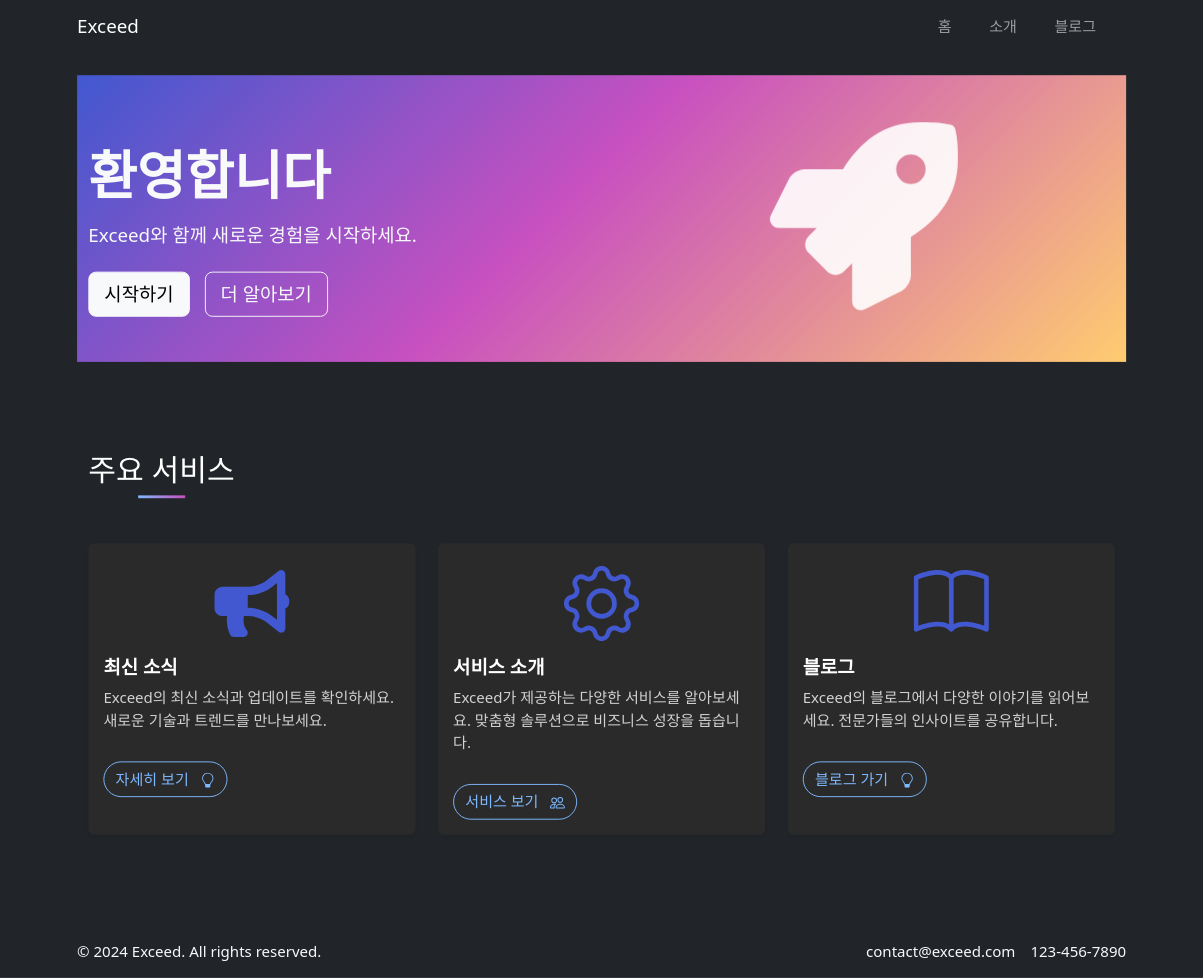
Repository: somej-123/exceed
Page: /
These files come from the project's save history. The page is drawn as it stood at one moment and after a run of saves; the edit follows.
The browser window is 1280 px wide. The pictures show the whole page, at 94% of full size.
The project was rebuilt for these pictures with package versions that can differ from the ones it lists, and the page was loaded fresh each time. Also part of the build but not shown: vite.config.ts, src/pages/Info.tsx, src/pages/Blog.tsx.

Above is the page before, as saved 2025-03-23 20:02:25.

### src/App.tsx
import { BrowserRouter as Router, Routes, Route } from 'react-router-dom';
import Layout from './components/Layout';
import Home from './pages/Home';
import Info from './pages/Info';
import Blog from './pages/Blog';
import 'bootstrap/dist/css/bootstrap.min.css';

function App() {
  return (
    <Router>
      <Routes>
        <Route path="/" element={<Layout />}>
          <Route index element={<Home />} />
          <Route path="info" element={<Info />} />
          <Route path="blog" element={<Blog />} />
        </Route>
      </Routes>
    </Router>
  );
}

export default App;

### src/components/Layout.tsx
import { Container } from 'react-bootstrap';
import Header from './Header';
import Footer from './Footer';
import { Outlet } from 'react-router-dom';
import styles from '../styles/Layout.module.css';

const Layout = () => {
  return (
    <div className={`d-flex flex-column min-vh-100 bg-dark text-light ${styles.layoutContainer}`}>
      <Header />
      <Container className="flex-grow-1 py-4">
        <Outlet />
      </Container>
      <Footer />
    </div>
  );
};

export default Layout;

### src/pages/Home.tsx
import { Container, Row, Col, Card, Button } from 'react-bootstrap';
import { FaRocket, FaBullhorn } from 'react-icons/fa';
import { BsLightbulb, BsBook, BsGear, BsPeople } from 'react-icons/bs';
import '../styles/home.css';

const Home = () => {
  return (
    <>
      {/* 히어로 섹션 */}
      <div className="hero-section text-light py-5 mb-5">
        <Container>
          <Row className="align-items-center">
            <Col md={6} className="mb-md-0">
              <h1 className="display-4 fw-bold mb-3 pt-4">환영합니다</h1>
              <p className="lead mb-4">Exceed와 함께 새로운 경험을 시작하세요.</p>
              <Button variant="light" size="lg" className="me-3">시작하기</Button>
              <Button variant="outline-light" size="lg">더 알아보기</Button>
            </Col>
            <Col md={6} className="text-center">
              <FaRocket size={200} className="hero-icon" />
            </Col>
          </Row>
        </Container>
      </div>

      {/* 주요 서비스 섹션 */}
      <Container className="py-5">
        <h2 className="text-center mb-5 section-title">주요 서비스</h2>
        <Row>
          <Col md={4} className="mb-4">
            <Card className="h-100 shadow-sm hover-card border-0">
              <div className="text-center pt-4">
                <FaBullhorn size={80} className="service-icon" />
              </div>
              <Card.Body>
                <Card.Title className="fw-bold">최신 소식</Card.Title>
                <Card.Text>
                  Exceed의 최신 소식과 업데이트를 확인하세요.
                  새로운 기술과 트렌드를 만나보세요.
                </Card.Text>
                <Button variant="outline-primary" className="mt-3 rounded-pill">
                  자세히 보기 <BsLightbulb className="ms-2" />
                </Button>
              </Card.Body>
            </Card>
          </Col>
          <Col md={4} className="mb-4">
            <Card className="h-100 shadow-sm hover-card border-0">
              <div className="text-center pt-4">
                <BsGear size={80} className="service-icon" />
              </div>
              <Card.Body>
                <Card.Title className="fw-bold">서비스 소개</Card.Title>
                <Card.Text>
                  Exceed가 제공하는 다양한 서비스를 알아보세요.
                  맞춤형 솔루션으로 비즈니스 성장을 돕습니다.
                </Card.Text>
                <Button variant="outline-primary" className="mt-3 rounded-pill">
                  서비스 보기 <BsPeople className="ms-2" />
                </Button>
              </Card.Body>
            </Card>
          </Col>
          <Col md={4} className="mb-4">
            <Card className="h-100 shadow-sm hover-card border-0">
              <div className="text-center pt-4">
                <BsBook size={80} className="service-icon" />
              </div>
              <Card.Body>
                <Card.Title className="fw-bold">블로그</Card.Title>
                <Card.Text>
                  Exceed의 블로그에서 다양한 이야기를 읽어보세요.
                  전문가들의 인사이트를 공유합니다.
                </Card.Text>
                <Button variant="outline-primary" className="mt-3 rounded-pill">
                  블로그 가기 <BsLightbulb className="ms-2" />
                </Button>
              </Card.Body>
            </Card>
          </Col>
        </Row>
      </Container>
    </>
  );
};

export default Home;

### src/components/Header.tsx
import { Navbar, Nav, Container } from 'react-bootstrap';
import { Link } from 'react-router-dom';

const Header = () => {
  return (
    <Navbar bg="dark" variant="dark" expand="lg">
      <Container>
        <Navbar.Brand as={Link} to="/">Exceed</Navbar.Brand>
        <Navbar.Toggle aria-controls="basic-navbar-nav" />
        <Navbar.Collapse id="basic-navbar-nav">
          <Nav className="ms-auto">
            <Nav.Link as={Link} className="me-4" to="/">홈</Nav.Link>
            <Nav.Link as={Link} className="me-4" to="/info">소개</Nav.Link>
            <Nav.Link as={Link} className="me-4" to="/blog">블로그</Nav.Link>
          </Nav>
        </Navbar.Collapse>
      </Container>
    </Navbar>
  );
};

export default Header;

### src/components/Footer.tsx
import { Container, Row, Col } from 'react-bootstrap';

const Footer = () => {
  return (
    <footer className="bg-dark text-light py-3 mt-auto">
      <Container>
        <Row className="align-items-center">
          <Col md={6} className="text-center text-md-start">
            <p className="mb-0">&copy; 2024 Exceed. All rights reserved.</p>
          </Col>
          <Col md={6} className="text-center text-md-end">
            <a href="mailto:contact@exceed.com" className="text-light text-decoration-none me-3">
              contact@exceed.com
            </a>
            <a href="tel:123-456-7890" className="text-light text-decoration-none">
              123-456-7890
            </a>
          </Col>
        </Row>
      </Container>
    </footer>
  );
};

export default Footer;

### src/styles/Layout.module.css
.layoutContainer {
  background-color: #1a1a1a;
  color: #ffffff;
}

.layoutContainer :global(.card) {
  background-color: #2a2a2a;
  border: none;
  color: #ffffff;
}

.layoutContainer :global(.card .card-title) {
  color: #ffffff;
}

.layoutContainer :global(.card .card-text) {
  color: #d1d1d1;
}

.layoutContainer :global(.btn-outline-primary) {
  color: #7eb9ff;
  border-color: #7eb9ff;
}

.layoutContainer :global(.btn-outline-primary:hover) {
  background-color: #7eb9ff;
  color: #1a1a1a;
}

.layoutContainer :global(.text-muted) {
  color: #b0b0b0 !important;
}

.layoutContainer :global(.section-title) {
  color: #ffffff !important;
}

.layoutContainer :global(.section-title::after) {
  background: linear-gradient(to right, #7eb9ff, #c850c0);
}

### src/styles/home.css
.hero-section {
  background: linear-gradient(135deg, #4158D0 0%, #C850C0 46%, #FFCC70 100%);
  position: relative;
  overflow: hidden;
}

.hero-icon {
  animation: float 3s ease-in-out infinite;
  color: rgba(255, 255, 255, 0.9);
}

.section-title {
  color: #333;
  position: relative;
  display: inline-block;
  padding-bottom: 10px;
}

.section-title::after {
  content: '';
  position: absolute;
  width: 50px;
  height: 3px;
  bottom: 0;
  left: 50%;
  transform: translateX(-50%);
  background: linear-gradient(to right, #4158D0, #C850C0);
}

.service-icon {
  color: #4158D0;
  transition: color 0.3s ease;
}

.hover-card {
  transition: all 0.3s ease-in-out;
  background: #fff;
}

.hover-card:hover {
  transform: translateY(-5px);
  box-shadow: 0 10px 20px rgba(0,0,0,0.1) !important;
}

.hover-card:hover .service-icon {
  color: #C850C0;
}

@keyframes float {
  0% { transform: translateY(0px); }
  50% { transform: translateY(-20px); }
  100% { transform: translateY(0px); }
}

.rounded-pill {
  padding-left: 1.5rem;
  padding-right: 1.5rem;
}

Loaded but not shown: index.html (common file); src/main.tsx (common file)

After the next 5 saves:
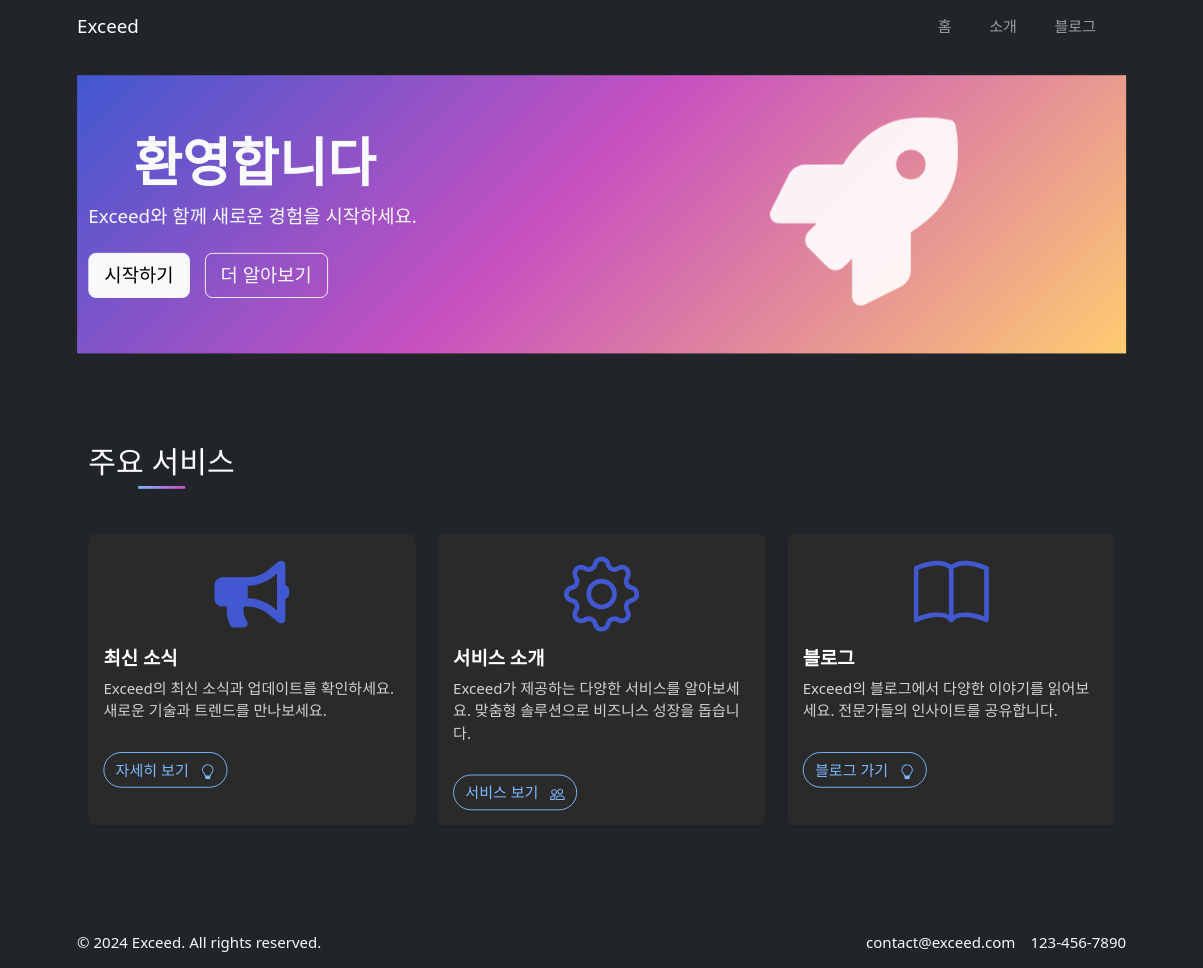
The 5 saves are shown as one change because they came seconds apart.
The last was saved 14 s later.
--- a/src/pages/Home.tsx
+++ b/src/pages/Home.tsx
@@ -11,7 +11,7 @@ const Home = () => {
         <Container>
           <Row className="align-items-center">
             <Col md={6} className="mb-md-0">
-              <h1 className="display-4 fw-bold mb-3 pt-4">환영합니다</h1>
+              <h1 className="display-4 fw-bold ms-5">환영합니다</h1>
               <p className="lead mb-4">Exceed와 함께 새로운 경험을 시작하세요.</p>
               <Button variant="light" size="lg" className="me-3">시작하기</Button>
               <Button variant="outline-light" size="lg">더 알아보기</Button>
